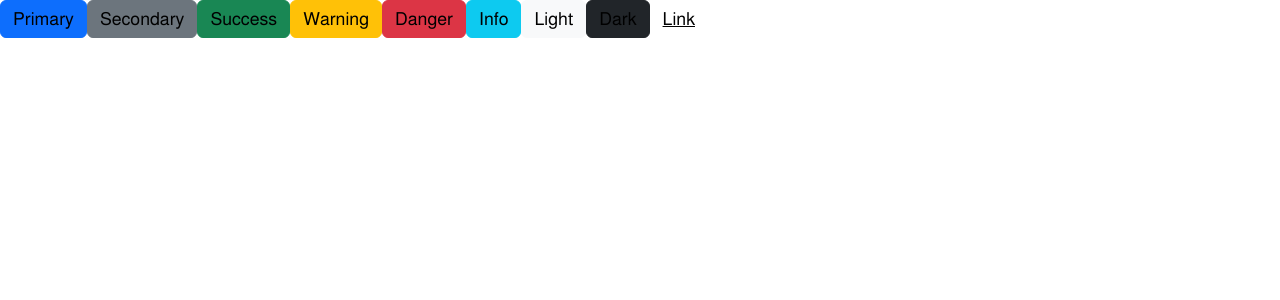
Repository: kerlos-alfy/Restaurant-Menu
Page: /
An editor plug-in stored every save of this project. The page is shown before and after the next save, followed by the edit.
The browser window is 1280 px wide. The pictures show the whole page.
Some web fonts or font styles are not loaded; a fallback is used. The project was rebuilt for these pictures with package versions that can differ from the ones it lists, and the page was loaded fresh each time. Also part of the build but not shown: vite.config.js, src/App.css.

Above is the page before, as saved 2024-12-20 00:50:04.

### index.html
<!DOCTYPE html>
<html lang="en">
	<head>
		<meta charset="UTF-8" />
		<link rel="icon" type="image/svg+xml" href="/vite.svg" />
		<link
			rel="stylesheet"
			href="https://cdn.jsdelivr.net/npm/bootstrap@5.3.2/dist/css/bootstrap.min.css"
			integrity="sha384-T3c6CoIi6uLrA9TneNEoa7RxnatzjcDSCmG1MXxSR1GAsXEV/Dwwykc2MPK8M2HN"
			crossorigin="anonymous" />
		<!-- Start Font Google Arabic  -->
		<link rel="preconnect" href="https://fonts.googleapis.com" />
		<link rel="preconnect" href="https://fonts.gstatic.com" crossorigin />
		<link
			href="https://fonts.googleapis.com/css2?family=Alkalami&family=Almarai:wght@300;400;700;800&family=Cairo:wght@200..1000&family=Rakkas&display=swap"
			rel="stylesheet" />
		<!-- End Font Google Arabic  -->
		<meta name="viewport" content="width=device-width, initial-scale=1.0" />
		<title>Vite + React</title>
	</head>
	<body>
		<div id="root"></div>
		<script type="module" src="/src/main.jsx"></script>
	</body>
</html>

### src/index.css
/* :root {
  font-family: Inter, system-ui, Avenir, Helvetica, Arial, sans-serif;
  line-height: 1.5;
  font-weight: 400;

  color-scheme: light dark;
  color: rgba(255, 255, 255, 0.87);
  background-color: #242424;

  font-synthesis: none;
  text-rendering: optimizeLegibility;
  -webkit-font-smoothing: antialiased;
  -moz-osx-font-smoothing: grayscale;
}

a {
  font-weight: 500;
  color: #646cff;
  text-decoration: inherit;
}
a:hover {
  color: #535bf2;
}

body {
  margin: 0;
  display: flex;
  place-items: center;
  min-width: 320px;
  min-height: 100vh;
}

h1 {
  font-size: 3.2em;
  line-height: 1.1;
}

button {
  border-radius: 8px;
  border: 1px solid transparent;
  padding: 0.6em 1.2em;
  font-size: 1em;
  font-weight: 500;
  font-family: inherit;
  background-color: #1a1a1a;
  cursor: pointer;
  transition: border-color 0.25s;
}
button:hover {
  border-color: #646cff;
}
button:focus,
button:focus-visible {
  outline: 4px auto -webkit-focus-ring-color;
}

@media (prefers-color-scheme: light) {
  :root {
    color: #213547;
    background-color: #ffffff;
  }
  a:hover {
    color: #747bff;
  }
  button {
    background-color: #f9f9f9;
  }
} */

.color-body {
	background-color: #f8f8f8;
	height: 100vh;
}
.font {
	font-family: "Almarai", sans-serif;
}
.title {
	color: #224f61;
	font-family: Almarai;
	font-size: 30px;
	font-weight: bold;
	letter-spacing: 0;
	line-height: 64px;
}
.underline {
	height: 1px;
	width: 200px;
	border-radius: 10px;
	border: 2px solid #b45b35;
}
.btn {
	color: black;
	font-family: Almarai;
	font-size: 18px;
	letter-spacing: 0;
	line-height: 24px;
}
.btn:hover {
	color: black;
	font-family: Almarai;
	font-size: 18px;
	font-weight: bold;
	letter-spacing: 0;
	line-height: 24px;
	border-radius: 11px;
	border: none;
	background-color: #b45b35;
}
.img-item {
	height: 180px;
	width: 252px;
	border-radius: 5px;
}
.item-description {
	color: #8c8c8c;
	font-family: Almarai;
	font-size: 16px;
	letter-spacing: 0;
	line-height: 20px;
}
.item-title {
	color: #555555;
	font-family: Almarai;
	font-size: 16px;
	font-weight: bold;
	letter-spacing: 0;
	line-height: 20px;
}
.card-color {
	background-color: #f8f8f8;
}
.item-price {
	color: #b45b35;
	font-family: Almarai;
	font-size: 16px;
	font-weight: bold;
	letter-spacing: 0;
	line-height: 20px;
}
.btn-search {
	color: #b45b35;
	border-radius: 3px solid #b45b35;
	border-radius: 8px;
	background-color: white;
}
.btn-search:hover {
	color: white;
	border-radius: 3px solid white;
	background-color: #b45b35;
	border-radius: 8px;
}
.brand-color {
	color: #b45b35;
}

### src/App.jsx
import "./App.css";
import { Button } from "react-bootstrap";

function App() {
	return (
		<>
			<Button variant="primary">Primary</Button>
			<Button variant="secondary">Secondary</Button>
			<Button variant="success">Success</Button>
			<Button variant="warning">Warning</Button>
			<Button variant="danger">Danger</Button>
			<Button variant="info">Info</Button>
			<Button variant="light">Light</Button>
			<Button variant="dark">Dark</Button>
			<Button variant="link">Link</Button>
		</>
	);
}

export default App;

Loaded but not shown: src/main.jsx (common file)

After the next save:
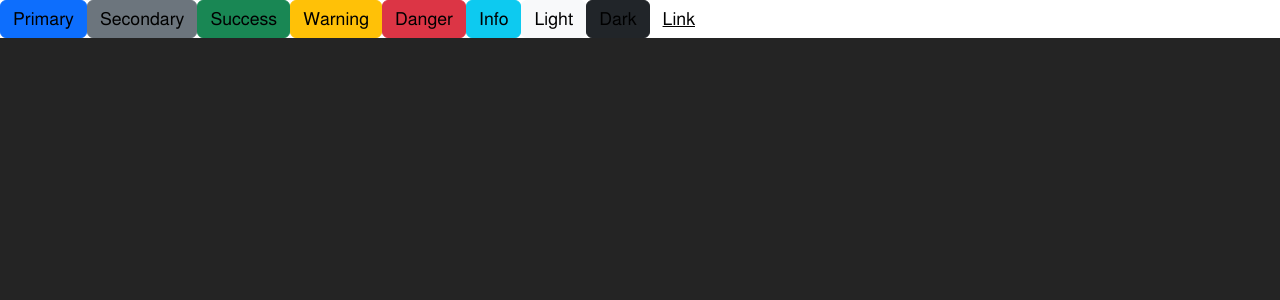
Saved 32 s later.
--- a/src/index.css
+++ b/src/index.css
@@ -66,6 +66,21 @@
     background-color: #f9f9f9;
   }
 } */
+
+:root {
+	font-family: Inter, system-ui, Avenir, Helvetica, Arial, sans-serif;
+	line-height: 1.5;
+	font-weight: 400;
+
+	color-scheme: light dark;
+	color: rgba(255, 255, 255, 0.87);
+	background-color: #242424;
+
+	font-synthesis: none;
+	text-rendering: optimizeLegibility;
+	-webkit-font-smoothing: antialiased;
+	-moz-osx-font-smoothing: grayscale;
+}
 
 .color-body {
 	background-color: #f8f8f8;

After the save that followed:
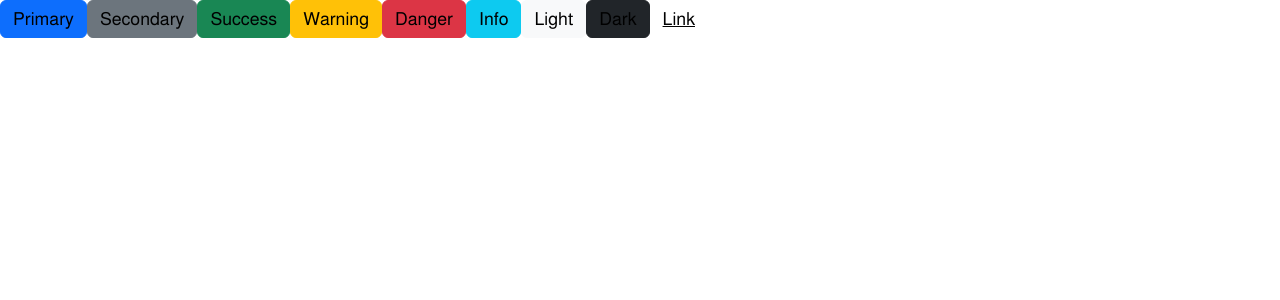
Saved 5 s later.
--- a/src/index.css
+++ b/src/index.css
@@ -66,21 +66,6 @@
     background-color: #f9f9f9;
   }
 } */
-
-:root {
-	font-family: Inter, system-ui, Avenir, Helvetica, Arial, sans-serif;
-	line-height: 1.5;
-	font-weight: 400;
-
-	color-scheme: light dark;
-	color: rgba(255, 255, 255, 0.87);
-	background-color: #242424;
-
-	font-synthesis: none;
-	text-rendering: optimizeLegibility;
-	-webkit-font-smoothing: antialiased;
-	-moz-osx-font-smoothing: grayscale;
-}
 
 .color-body {
 	background-color: #f8f8f8;
